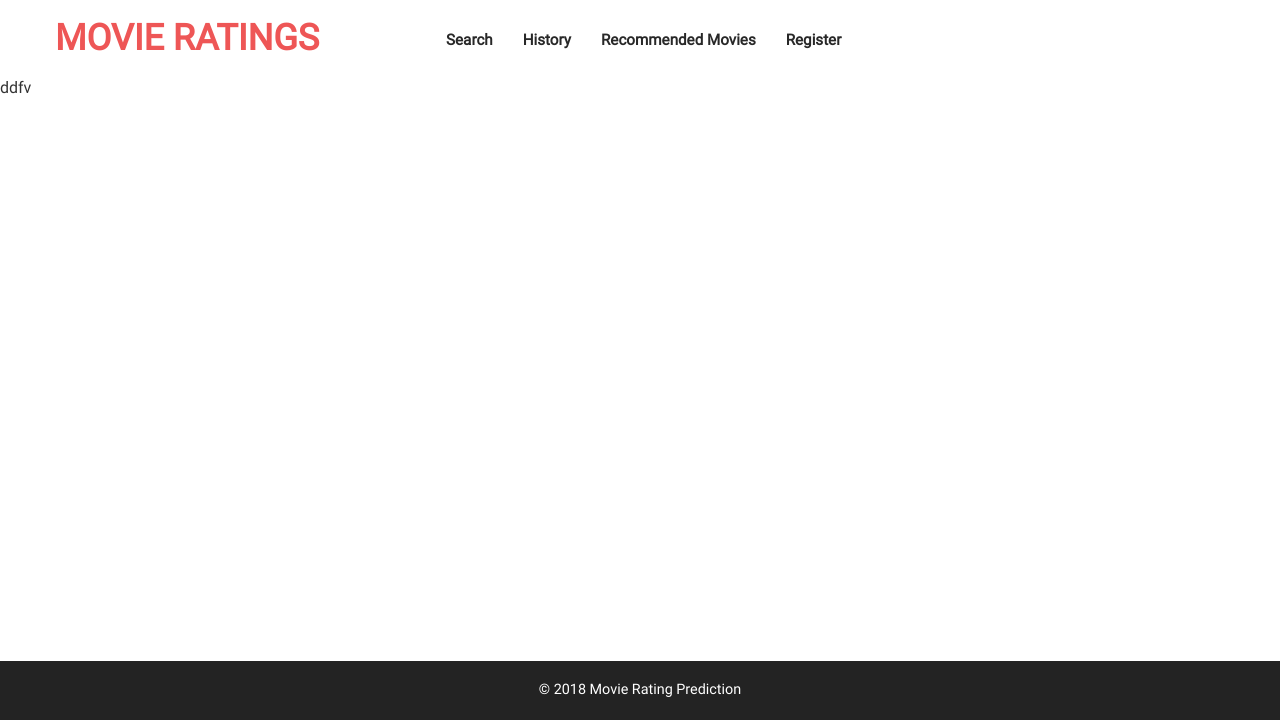
Repository: kil23/MovieRatingPrediction
Page: http://localhost/MovieRatingPrediction/pages/demo.jsp
The author's editor kept a copy of each file at every save. The page is drawn from the files as they stood at one save, then again after the next save.
The browser window is 1280 px wide. The pictures show the whole page.
The page is served by Tomcat 9.

Above is the page before, as saved 2018-03-28 06:40:18.

After the next save:
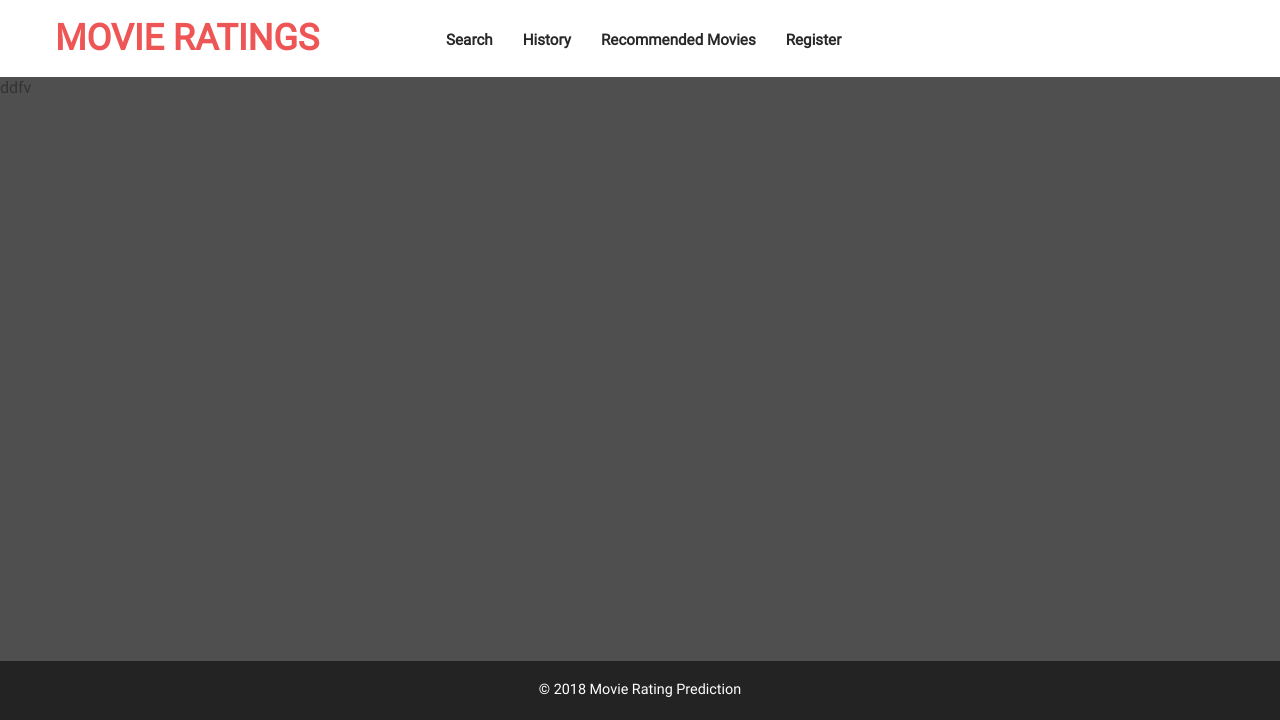
Saved 53 s later.
--- a/MovieRatingPrediction/WebContent/tiles/header.jsp
+++ b/MovieRatingPrediction/WebContent/tiles/header.jsp
@@ -34,7 +34,7 @@ Smartphone Compatible web template, free webdesigns for Nokia, Samsung, LG, Sony
     border-bottom-width: 50px;
 /*     border-bottom-style: solid; */
 }
-.body{
+body{
 	background-color: #4F4F4F;
 }
 </style>
